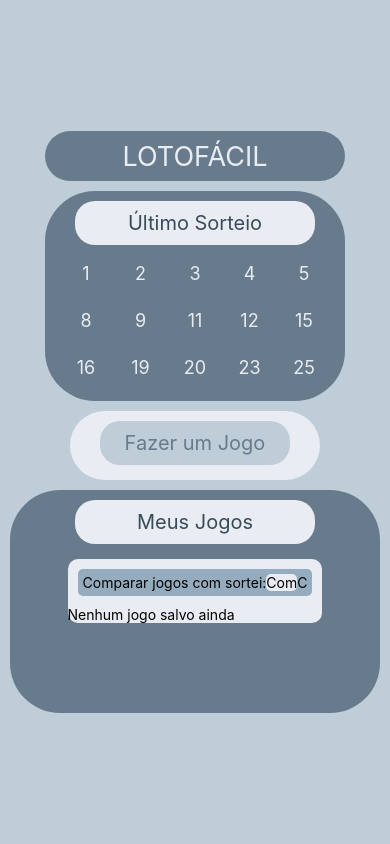
Repository: Deyvid-Kasteh/LotofacilApp
Screen: /
An editor plug-in stored every save of this project. The screen is shown before and after a run of saves, followed by the edit.
The app was drawn by React Native's web renderer in a window 390 px wide. The project was rebuilt for these pictures with package versions that can differ from the ones it lists, and the page was loaded fresh each time. Also part of the build but not shown: Bolhas.js, components/Resultado.js, paginaTESTE.js, paginaTESTE2.js, SeuComponentePai.js, components/Jogo.js, components/ResultadoTexte2.js.

Above is the screen before, as saved 2023-12-03 01:40:50.

### App.js
import { StatusBar } from 'expo-status-bar';
import { Text, View } from 'react-native';
import MainPage from './pages/MainPage';

export default function App() {
  return (
    <MainPage/>
  );
}

### pages/MainPage.js
import { View, Text } from 'react-native'
import React from 'react'
import { StatusBar } from "expo-status-bar";
import Resultado from '../components/Resultado';
import PaginaTesteee from '../paginaTESTE';
import Teste2pagina from '../paginaTESTE2';
import SeuComponentePai from '../SeuComponentePai';
import ResultadoTexte from '../components/ResultadoTexte';
import ResultadoTexte2 from '../components/ResultadoTexte2';
import MostrarJogosSalvos from '../components/MostrarJogosSalvos';
import ResultadoTexteParaFazerCorreções from '../paginaTESTE';
import PickerTeste from '../paginaTESTE';






const MainPage = () => {
  return (
    <View
      style={{
        flex: 1,
        alignItems: "center",
        justifyContent: "flex-start",
        backgroundColor: "#BFCDD9",
      }}
    >
      <StatusBar style="auto" />
      {/* <Text>Lotofácil</Text> */}
      {/* <Resultado /> */}
      {/* <PaginaTesteee /> */}
      {/* <Teste2pagina/> */}
      {/* <SeuComponentePai/> */}
      <ResultadoTexte />
      {/* <PickerTeste /> */}
      {/* <ResultadoTexte2/> */}
      {/* <MostrarJogosSalvos /> */}
    </View>
  );
}

export default MainPage

### components/ResultadoTexte.js
import { View, Text, TouchableOpacity } from "react-native";
import React, { useState } from "react";
import AsyncStorage from "@react-native-async-storage/async-storage";

import Bubble from "./Bubble";
import latestJson from "../Latest.json";
import Bolhas from "../Bolhas";
import Jogo from "./Jogo";
import MostrarJogosSalvos from "./MostrarJogosSalvos";

// Defina constantes para cores
const backgroundColor1 = "#687B8C";
const backgroundColor2 = "#394A59";
const backgroundColor3 = "#E9ECF2";

const bolhasContainerStyle = {
  flexWrap: "wrap",
  flexDirection: "row",
  alignContent: "center",
  justifyContent: "space-evenly",
};
const ResultadoTexte = () => {
  const [viewHeight, setViewHeight] = useState(50);
  const toggleHeight = () => {
    const newHeight = viewHeight === 50 ? 200 : 50;
    setViewHeight(newHeight);
    console.log("mudou");
  };

  const [alturaView1, setAlturaView1] = useState(200);
  const toggleAltura = () => {
    const novaAltura = alturaView1 === 200 ? 50 : 200;
    setAlturaView1(novaAltura);
  };

  const [alturaView3, setAlturaView3] = useState(200);
  const toggleAlturaView3 = () => {
    const novaAlturaView3 = alturaView3 === 200 ? 50 : 200;
    setAlturaView3(novaAlturaView3);
  };

  const dezenas = latestJson.Dezenas;

  const renderFazerJogo = () => {
    const [chosenNumbers, setChosenNumbers] = useState([]);
    const bolhasSelecionadas = chosenNumbers.length;
    const onSaveJogoPress = async () => {
      if (bolhasSelecionadas === 15) {
        try {
          // Recupera os jogos já salvos (se existirem)
          const jogosSalvosJSON = await AsyncStorage.getItem("meusJogos");
          const jogosSalvos = jogosSalvosJSON
            ? JSON.parse(jogosSalvosJSON)
            : [];

          // Cria um objeto representando o jogo atual
          const jogoAtual = {
            numerosSelecionados: chosenNumbers,
            data: new Date().toLocaleString(),
          };

          // Adiciona o jogo atual à lista de jogos
          jogosSalvos.push(jogoAtual);

          // Salva a lista atualizada de jogos no AsyncStorage
          await AsyncStorage.setItem("meusJogos", JSON.stringify(jogosSalvos));

          console.log("Jogo salvo!");
          // Limpa os números escolhidos após salvar o jogo
          setChosenNumbers([]);
        } catch (error) {
          console.error("Erro ao salvar o jogo:", error);
        }
      } else {
        console.log("Selecione exatamente 15 números para salvar o jogo.");
      }
    };
    const handleBolhaPress = (numero) => {
      if (chosenNumbers.includes(numero)) {
        setChosenNumbers(chosenNumbers.filter((num) => num !== numero));
      } else {
        if (bolhasSelecionadas < 15) {
          setChosenNumbers([...chosenNumbers, numero]);
        }
      }
    };
    const dezenasParaEscolher = Array.from({ length: 25 }, (_, i) => i + 1);

    if (viewHeight === 50) {
      return null;
    } else {
      return (
        <View style={{ justifyContent: "center", alignItems: "center" }}>
          <View style={{}}>
            <Text
              style={{
                color: backgroundColor3,
                fontSize: 16,
              }}
            >
              Escolha 15 números
            </Text>
          </View>
          <View style={bolhasContainerStyle}>
            {dezenasParaEscolher.map((numero, index) => (
              <Bolhas
                key={index}
                numero={numero}
                choose={chosenNumbers.includes(numero)}
                onPress={() => handleBolhaPress(numero)}
              />
            ))}
          </View>
          <View key="números" style={{}}>
            <Text
              style={{
                color: backgroundColor3,
                fontSize: 16,
              }}
            >
              {bolhasSelecionadas} números selecionados
            </Text>
            <TouchableOpacity onPress={onSaveJogoPress}>
              <Text
                style={{
                  color: bolhasSelecionadas === 15 ? "green" : backgroundColor3,
                }}
              >
                SALVAR JOGO
              </Text>
            </TouchableOpacity>
            {/* <TouchableOpacity onPress={onDeleteJogosPress}>
              <Text style={{ color: "red" }}>DELETAR JOGOS</Text>
            </TouchableOpacity> */}
          </View>
        </View>
      );
    }
  };

  const renderConferirJogos = () => {
    if (alturaView3 === 50) {
      return null; // Retorna null se a altura for 50
    } else {
      return (
        <View style={bolhasContainerStyle}>
          <MostrarJogosSalvos />
        </View>
      );
    }
  };

  return (
    <View
      style={{
        flex: 1,
        justifyContent: "center",
        alignItems: "center",
      }}
    >
      <View
        style={{
          width: 300,
          height: 50,
          borderRadius: 50,
          alignItems: "center",
          justifyContent: "center",
          elevation: 2,
          backgroundColor: backgroundColor1,
          marginBottom: 10,
        }}
      >
        <Text
          style={{
            color: backgroundColor3,
            fontSize: 27,
          }}
        >
          LOTOFÁCIL
        </Text>
      </View>

      <View
        key="1"
        style={[
          {
            width: 300,
            padding: 10,
            borderRadius: 50,
            alignItems: "center",
            elevation: 2,
            backgroundColor: backgroundColor1,
            marginBottom: 10,
          },
          alturaView1 === 50
            ? { width: 250, backgroundColor: "#E9ECF2" }
            : { width: 300, backgroundColor: "#687B8C" },
        ]}
      >
        <TouchableOpacity
          style={[
            {
              width: 240,
              backgroundColor: backgroundColor3,
              elevation: 5,
              justifyContent: "center",
              alignItems: "center",
              padding: 10,
              borderRadius: 20,
              marginBottom: 5,
            },
            alturaView1 === 50
              ? { width: 190, backgroundColor: "#BFCDD9" }
              : { width: 240, backgroundColor: "#E9ECF2" },
          ]}
          onPress={() => toggleAltura()}
        >
          <Text
            style={{
              fontSize: 20,
              color: alturaView1 === 50 ? backgroundColor1 : backgroundColor2,
            }}
          >
            Último Sorteio
          </Text>
        </TouchableOpacity>

        {alturaView1 === 200 && (
          <View style={bolhasContainerStyle}>
            {dezenas.map((numero, index) => (
              <Bubble key={index} numero={numero} />
            ))}
          </View>
        )}
      </View>

      <View
        key="2"
        style={[
          {
            width: 300,
            padding: 10,
            borderRadius: 50,
            alignItems: "center",
            elevation: 2,
            marginBottom: 10,
          },
          viewHeight === 50
            ? { width: 250, backgroundColor: "#E9ECF2" }
            : { width: 300, backgroundColor: "#687B8C" },
        ]}
      >
        <TouchableOpacity
          style={[
            {
              width: 240,
              elevation: 5,
              justifyContent: "center",
              alignItems: "center",
              padding: 10,
              borderRadius: 20,
              marginBottom: 5,
            },
            viewHeight === 50
              ? { width: 190, backgroundColor: "#BFCDD9" }
              : { width: 240, backgroundColor: "#E9ECF2" },
          ]}
          onPress={() => toggleHeight()}
        >
          <Text
            style={{
              fontSize: 20,
              color: viewHeight === 50 ? backgroundColor1 : backgroundColor2,
            }}
          >
            Fazer um Jogo
          </Text>
        </TouchableOpacity>
        {renderFazerJogo()}
      </View>
      <View
        key="3"
        style={[
          {
            width: 300,
            padding: 10,
            borderRadius: 50,
            alignItems: "center",
            elevation: 2,
          },
          alturaView3 === 50
            ? { width: 250, backgroundColor: "#E9ECF2" }
            : { width: 370, backgroundColor: "#687B8C" },
        ]}
      >
        <TouchableOpacity
          style={[
            {
              width: 240,
              elevation: 5,
              justifyContent: "center",
              alignItems: "center",
              padding: 10,
              borderRadius: 20,
              marginBottom: 5,
            },
            alturaView3 === 50
              ? { width: 190, backgroundColor: "#BFCDD9" }
              : { width: 240, backgroundColor: "#E9ECF2" },
          ]}
          onPress={() => toggleAlturaView3()}
        >
          <Text
            style={{
              fontSize: 20,
              color: alturaView3 === 50 ? backgroundColor1 : backgroundColor2,
            }}
          >
            Meus Jogos
          </Text>
        </TouchableOpacity>
        {renderConferirJogos()}
        {/* <MostrarJogosSalvos/> */}
      </View>
    </View>
  );
};

export default ResultadoTexte;

### components/MostrarJogosSalvos.js
import React, { useState, useEffect } from "react";
import { View, Text, TouchableOpacity } from "react-native";
import AsyncStorage from "@react-native-async-storage/async-storage";
import Jogo from "./Jogo";
import * as Cores from "../assets/Cores";


const MostrarJogosSalvos = () => {
  const [jogosSalvos, setJogosSalvos] = useState([]);

  // Adicione a função saveJogos
  const saveJogos = async (jogos) => {
    try {
      await AsyncStorage.setItem("meusJogos", JSON.stringify(jogos));
    } catch (error) {
      console.error("Erro ao salvar jogos:", error);
    }
  };

  const handleDelete = async (index) => {
    try {
      const jogosAtualizados = [...jogosSalvos];
      jogosAtualizados.splice(index, 1);

      await saveJogos(jogosAtualizados);

      setJogosSalvos(jogosAtualizados);
    } catch (error) {
      console.error("Erro ao deletar jogo:", error);
    }
  };

  useEffect(() => {
    const carregarJogosSalvos = async () => {
      try {
        const jogosSalvosJSON = await AsyncStorage.getItem("meusJogos");
        const jogosSalvos = jogosSalvosJSON ? JSON.parse(jogosSalvosJSON) : [];
        setJogosSalvos(jogosSalvos);
      } catch (error) {
        console.error("Erro ao carregar jogos salvos:", error);
      }
    };

    carregarJogosSalvos();
  }, []);

  return (
    <View
      style={{
        borderRadius: 10,
        backgroundColor: Cores.cor1,
        marginTop: 10,
        marginBottom: 80,
      }}
    >
      <View
        style={{
          margin: 10,
          padding: 5,
          backgroundColor: Cores.cor3,
          borderRadius: 5,
          flexDirection: "row",
        }}
      >
        <View>
          <Text>Comparar jogos com sortei:</Text>
        </View>
        <View
          style={{
            borderRadius: 5,
            backgroundColor: Cores.cor1,

          }}
        >
          <Text>Com</Text>
        </View>
        <View>
          <Text>C</Text>
        </View>
      </View>
      {jogosSalvos.length === 0 ? (
        <Text>Nenhum jogo salvo ainda</Text>
      ) : (
        jogosSalvos.map((jogo, index) => (
          <Jogo
            key={index}
            numerosSelecionados={jogo.numerosSelecionados}
            onDelete={() => handleDelete(index)}
          />
        ))
      )}
    </View>
  );
};

export default MostrarJogosSalvos;

### components/Bubble.js
import { View, Text } from "react-native";
import React from "react";

const Bubble = (props) => {
  if (props.choose) {console.log(props.choose)}
  return (
    <View
      style={[
        {
          width: 35,
          height: 35,
          // backgroundColor: "#394A59",
          // backgroundColor: "#687B8C",

          borderRadius: 50,
          alignContent: "center",
          justifyContent: "center",
          alignItems: "center",
          margin: 6,
          // elevation: 5,
          opacity: 1,
        },
        props.choose
          ? { backgroundColor: "#394A59" }
          : { backgroundColor: "#687B8C" },
      ]}
    >
      <Text
        style={{
          color: "#E9ECF2",
          fontSize: 18,
        }}
      >
        {props.numero}
      </Text>
    </View>
  );
};

export default Bubble;

### Latest.json
{
  "concurso": 2960,
  "Data Sorteio": "22/11/2023",
  "Dezenas": [
    1,
    2,
    3,
    4,
    5,
    8,
    9,
    11,
    12,
    15,
    16,
    19,
    20,
    23,
    25
  ],
  "Ganhadores 15 acertos": 3,
  "Cidade / UF": "BRASILIA/DF; JARAGUA/GO; IPATINGA/MG",
  "Premio 15 Acertos": "R$1.639.439,24",
  "Ganhadores 14 Acertos": 433,
  "Premio 14 Acertos": "R$1.732,84",
  "Ganhadores 13 Acertos": 13831,
  "Premio 13 Acertos": "R$30,00",
  "Ganhadores 12 Acertos": 163567,
  "Premio 12 Acertos": "R$12,00",
  "Ganhadores 11 Acertos": 882304,
  "Premio 11 Acertos": "R$6,00"
}

### assets/Cores.js
export const cor1 = "#E9ECF2"; // Cor mais clara
export const cor2 = "#BFCDD9";
export const cor3 = "#95ACBF";
export const cor4 = "#687B8C";
export const cor5 = "#394A59"; // Cor mais escura

After the next 2 saves:
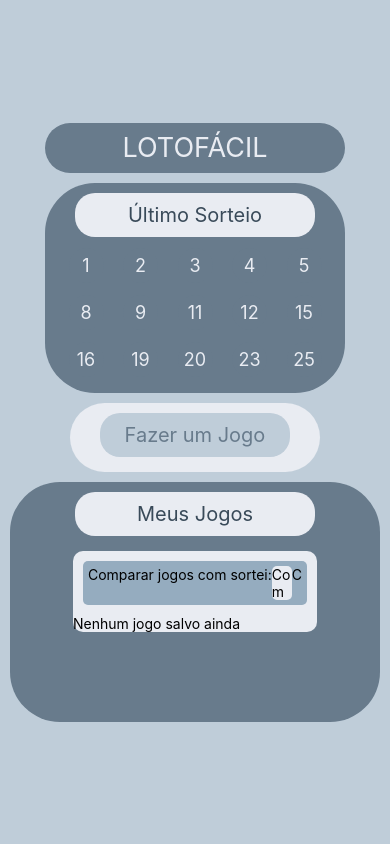
The 2 saves are shown as one change because they came seconds apart.
The last was saved 30 s later.
--- a/components/MostrarJogosSalvos.js
+++ b/components/MostrarJogosSalvos.js
@@ -69,7 +69,7 @@
           style={{
             borderRadius: 5,
             backgroundColor: Cores.cor1,
-
+            width: 20,
           }}
         >
           <Text>Com</Text>
